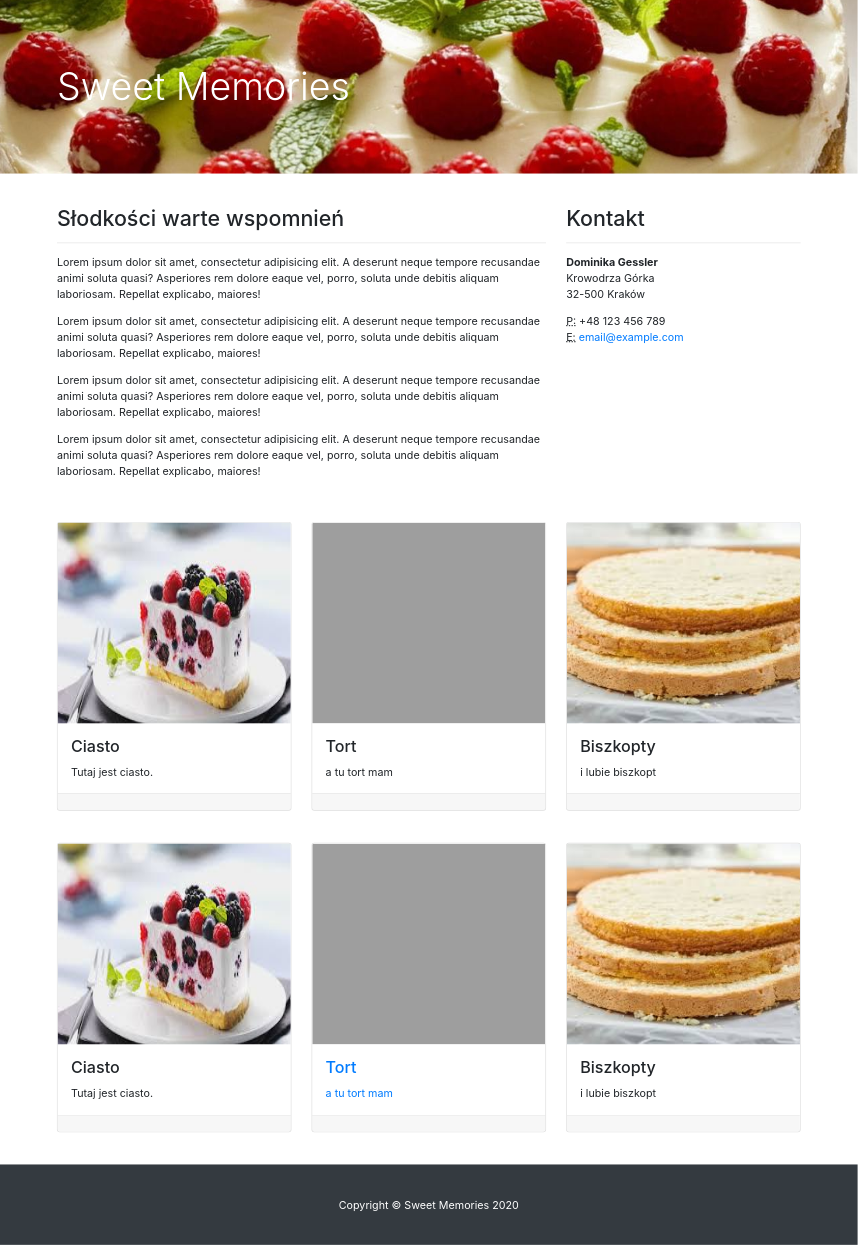
Repository: dominika260c/sweet_memories
Page: index.html
These files come from the project's save history. The page is drawn as it stood at one moment and after the next save; the edit follows.
The browser window is 1280 px wide. The pictures show the whole page, at 67% of full size.
Pictures or frames that could not be fetched are drawn as grey boxes.

Above is the page before, as saved 2020-07-02 16:18:37.

### index.html
<!DOCTYPE html>
<html lang="en">
  <head>
    <!-- Required meta tags -->
    <meta charset="utf-8" />
    <meta
      name="viewport"
      content="width=device-width, initial-scale=1, shrink-to-fit=no"
    />

    <!-- Bootstrap CSS -->
    <link
      rel="stylesheet"
      href="https://stackpath.bootstrapcdn.com/bootstrap/4.5.0/css/bootstrap.min.css"
      integrity="sha384-9aIt2nRpC12Uk9gS9baDl411NQApFmC26EwAOH8WgZl5MYYxFfc+NcPb1dKGj7Sk"
      crossorigin="anonymous"
    />
    <link rel="stylesheet" href="./style.css" />

    <title>Sweet Memories</title>
  </head>
  <body>
    <!-- Navigation -->
    <!-- <nav class="navbar navbar-expand-lg navbar-dark bg-dark fixed-top">
      <div class="container">
        <a class="navbar-brand" href="#">Start Bootstrap</a>
        <button
          class="navbar-toggler"
          type="button"
          data-toggle="collapse"
          data-target="#navbarResponsive"
          aria-controls="navbarResponsive"
          aria-expanded="false"
          aria-label="Toggle navigation"
        >
          <span class="navbar-toggler-icon"></span>
        </button>
        <div class="collapse navbar-collapse" id="navbarResponsive">
          <ul class="navbar-nav ml-auto">
            <li class="nav-item active">
              <a class="nav-link" href="#"
                >Home
                <span class="sr-only">(current)</span>
              </a>
            </li>
            <li class="nav-item">
              <a class="nav-link" href="#">About</a>
            </li>
            <li class="nav-item">
              <a class="nav-link" href="#">Services</a>
            </li>
            <li class="nav-item">
              <a class="nav-link" href="#">Contact</a>
            </li>
          </ul>
        </div>
      </div>
    </nav> -->

    <!-- Header -->
    <!-- <h1>&nbsp</h1> -->
    <header class="bg-primary py-5 mb-5 coverclass">
      <div class="container h-100">
        <div class="row h-100 align-items-center">
          <div class="col-lg-12">
            <h1 class="display-4 text-white mt-5 mb-2">
              Sweet Memories
            </h1>
            <p class="lead mb-5 text-white-50"></p>
          </div>
        </div>
      </div>
    </header>

    <!-- Page Content -->
    <div class="container">
      <div class="row">
        <div class="col-md-8 mb-5">
          <h2>Słodkości warte wspomnień</h2>
          <hr />
          <p>
            Lorem ipsum dolor sit amet, consectetur adipisicing elit. A deserunt
            neque tempore recusandae animi soluta quasi? Asperiores rem dolore
            eaque vel, porro, soluta unde debitis aliquam laboriosam. Repellat
            explicabo, maiores!
          </p>
          <p>
            Lorem ipsum dolor sit amet, consectetur adipisicing elit. A deserunt
            neque tempore recusandae animi soluta quasi? Asperiores rem dolore
            eaque vel, porro, soluta unde debitis aliquam laboriosam. Repellat
            explicabo, maiores!
          </p>
          <p>
            Lorem ipsum dolor sit amet, consectetur adipisicing elit. A deserunt
            neque tempore recusandae animi soluta quasi? Asperiores rem dolore
            eaque vel, porro, soluta unde debitis aliquam laboriosam. Repellat
            explicabo, maiores!
          </p>
          <p>
            Lorem ipsum dolor sit amet, consectetur adipisicing elit. A deserunt
            neque tempore recusandae animi soluta quasi? Asperiores rem dolore
            eaque vel, porro, soluta unde debitis aliquam laboriosam. Repellat
            explicabo, maiores!
          </p>
          <!-- <a class="btn btn-primary btn-lg" href="#">Call to Action &raquo;</a> -->
        </div>
        <div class="col-md-4 mb-5">
          <h2>Kontakt</h2>
          <hr />
          <address>
            <strong>Dominika Gessler</strong>
            <br />Krowodrza Górka <br />
            32-500 Kraków
            <br />
          </address>
          <address>
            <abbr title="Phone">P:</abbr>
            +48 123 456 789
            <br />
            <abbr title="Email">E:</abbr>
            <a href="mailto:#">email@example.com</a>
          </address>
        </div>
      </div>
      <!-- /.row -->

      <div class="row">
        <div class="col-md-4 mb-5">
          <div class="card h-100">
            <img
              class="card-img-top"
              src="data:[embedded picture, 10383 characters]"
              alt=""
            />
            <div class="card-body">
              <h4 class="card-title">Ciasto</h4>
              <p class="card-text">
                Tutaj jest ciasto.
              </p>
            </div>
            <div class="card-footer">
              <!-- <a href="#" class="btn btn-primary">Find Out More!</a> -->
            </div>
          </div>
        </div>

        <div class="col-md-4 mb-5">
          <div class="card h-100">
            <img
              class="card-img-top"
              src="https://images.pexels.com/photos/291528/pexels-photo-291528.jpeg?auto=compress&cs=tinysrgb&dpr=1&w=500"
              alt=""
            />
            <div class="card-body">
              <h4 class="card-title">Tort</h4>
              <p class="card-text">
                a tu tort mam
              </p>
            </div>
            <div class="card-footer">
              <!-- <a href="#" class="btn btn-primary">Find Out More!</a> -->
            </div>
          </div>
        </div>
        <div class="col-md-4 mb-5">
          <div class="card h-100">
            <img
              class="card-img-top"
              src="data:[embedded picture, 10711 characters]"
              alt=""
            />
            <div class="card-body">
              <h4 class="card-title">Biszkopty</h4>
              <p class="card-text">
                i lubie biszkopt
              </p>
            </div>
            <div class="card-footer">
              <!-- <a href="#" class="btn btn-primary">Find Out More!</a> -->
            </div>
          </div>
        </div>
      </div>
      <!-- /.row -->
      <div class="row">
        <div class="col-md-4 mb-5">
          <div class="card h-100">
            <img
              class="card-img-top"
              src="data:[embedded picture, 10383 characters]"
              alt=""
            />
            <div class="card-body">
              <h4 class="card-title">Ciasto</h4>
              <p class="card-text">
                Tutaj jest ciasto.
              </p>
            </div>
            <div class="card-footer">
              <!-- <a href="#" class="btn btn-primary">Find Out More!</a> -->
            </div>
          </div>
        </div>

        <div class="col-md-4 mb-5">
          <a href="#">
            <div class="card h-100">
              <img
                class="card-img-top"
                src="https://images.pexels.com/photos/291528/pexels-photo-291528.jpeg?auto=compress&cs=tinysrgb&dpr=1&w=500"
                alt=""
              />

              <div class="card-body">
                <h4 class="card-title">Tort</h4>
                <p class="card-text">
                  a tu tort mam
                </p>
              </div>
              <div class="card-footer">
                <!-- <a href="#" class="btn btn-primary">Find Out More!</a> -->
              </div>
            </div>
          </a>
        </div>

        <div class="col-md-4 mb-5">
          <div class="card h-100">
            <img
              class="card-img-top"
              src="data:[embedded picture, 10711 characters]"
              alt=""
            />
            <div class="card-body">
              <h4 class="card-title">Biszkopty</h4>
              <p class="card-text">
                i lubie biszkopt
              </p>
            </div>
            <div class="card-footer">
              <!-- <a href="#" class="btn btn-primary">Find Out More!</a> -->
            </div>
          </div>
        </div>
      </div>
    </div>
    <!-- /.container -->

    <!-- Footer -->
    <footer class="py-5 bg-dark">
      <div class="container">
        <p class="m-0 text-center text-white">
          Copyright &copy; Sweet Memories 2020
        </p>
      </div>
      <!-- /.container -->
    </footer>

    <!-- Optional JavaScript -->
    <!-- jQuery first, then Popper.js, then Bootstrap JS -->
    <script
      src="https://code.jquery.com/jquery-3.5.1.slim.min.js"
      integrity="sha384-DfXdz2htPH0lsSSs5nCTpuj/zy4C+OGpamoFVy38MVBnE+IbbVYUew+OrCXaRkfj"
      crossorigin="anonymous"
    ></script>
    <script
      src="https://cdn.jsdelivr.net/npm/popper.js@1.16.0/dist/umd/popper.min.js"
      integrity="sha384-Q6E9RHvbIyZFJoft+2mJbHaEWldlvI9IOYy5n3zV9zzTtmI3UksdQRVvoxMfooAo"
      crossorigin="anonymous"
    ></script>
    <script
      src="https://stackpath.bootstrapcdn.com/bootstrap/4.5.0/js/bootstrap.min.js"
      integrity="sha384-OgVRvuATP1z7JjHLkuOU7Xw704+h835Lr+6QL9UvYjZE3Ipu6Tp75j7Bh/kR0JKI"
      crossorigin="anonymous"
    ></script>
  </body>
</html>

### style.css
.coverclass {
  background-image: url(./img/ciasto1.jpg);
  background-position: center;
}

.card-img-top {
  height: 300px;
}

After the next save:
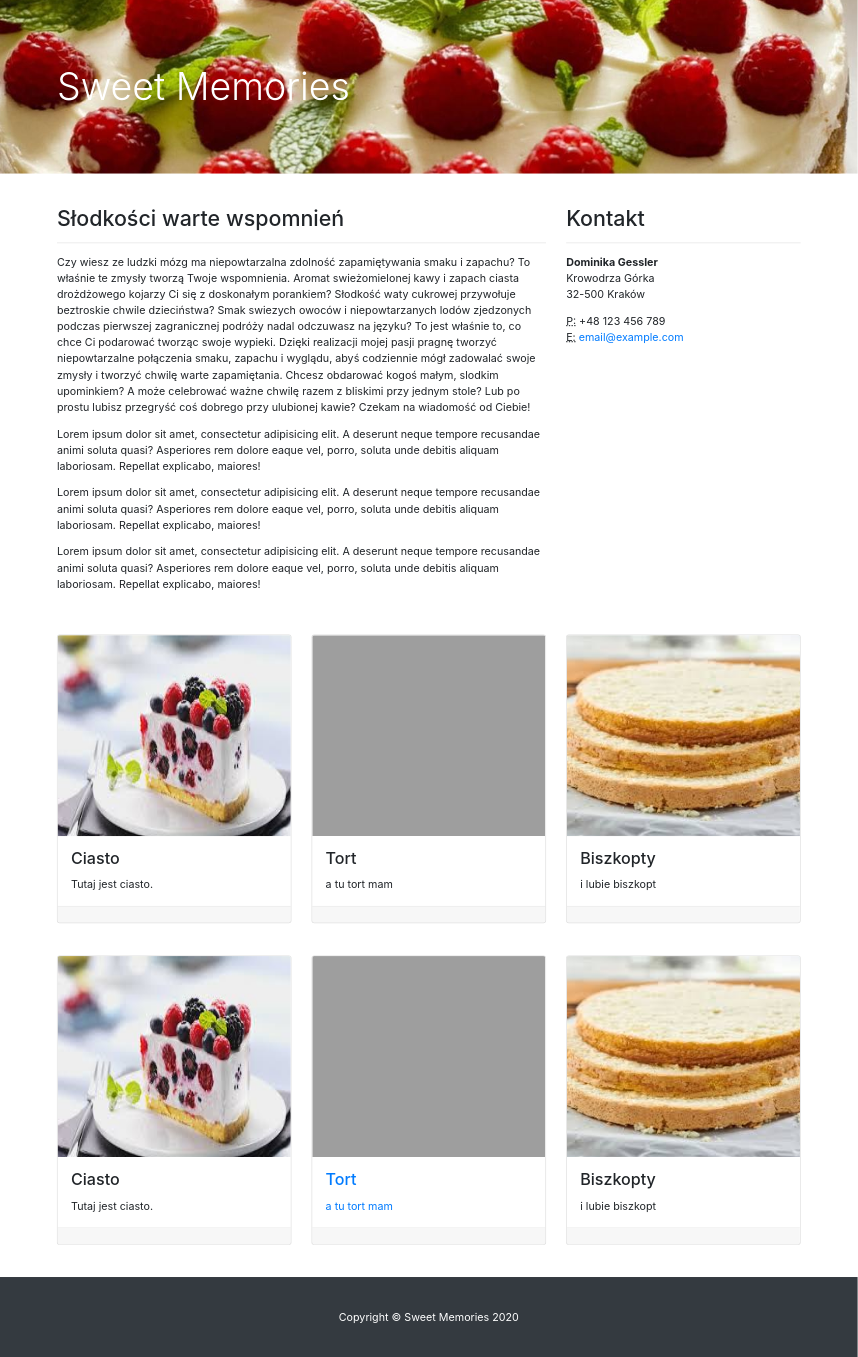
Saved 20 s later.
--- a/index.html
+++ b/index.html
@@ -79,10 +79,20 @@
           <h2>Słodkości warte wspomnień</h2>
           <hr />
           <p>
-            Lorem ipsum dolor sit amet, consectetur adipisicing elit. A deserunt
-            neque tempore recusandae animi soluta quasi? Asperiores rem dolore
-            eaque vel, porro, soluta unde debitis aliquam laboriosam. Repellat
-            explicabo, maiores!
+            Czy wiesz ze ludzki mózg ma niepowtarzalna zdolność zapamiętywania
+            smaku i zapachu? To właśnie te zmysły tworzą Twoje wspomnienia.
+            Aromat swieżomielonej kawy i zapach ciasta drożdżowego kojarzy Ci
+            się z doskonałym porankiem? Słodkość waty cukrowej przywołuje
+            beztroskie chwile dzieciństwa? Smak swiezych owoców i
+            niepowtarzanych lodów zjedzonych podczas pierwszej zagranicznej
+            podróży nadal odczuwasz na języku? To jest właśnie to, co chce Ci
+            podarować tworząc swoje wypieki. Dzięki realizacji mojej pasji
+            pragnę tworzyć niepowtarzalne połączenia smaku, zapachu i wyglądu,
+            abyś codziennie mógł zadowalać swoje zmysły i tworzyć chwilę warte
+            zapamiętania. Chcesz obdarować kogoś małym, slodkim upominkiem? A
+            może celebrować ważne chwilę razem z bliskimi przy jednym stole? Lub
+            po prostu lubisz przegryść coś dobrego przy ulubionej kawie? Czekam
+            na wiadomość od Ciebie!
           </p>
           <p>
             Lorem ipsum dolor sit amet, consectetur adipisicing elit. A deserunt
